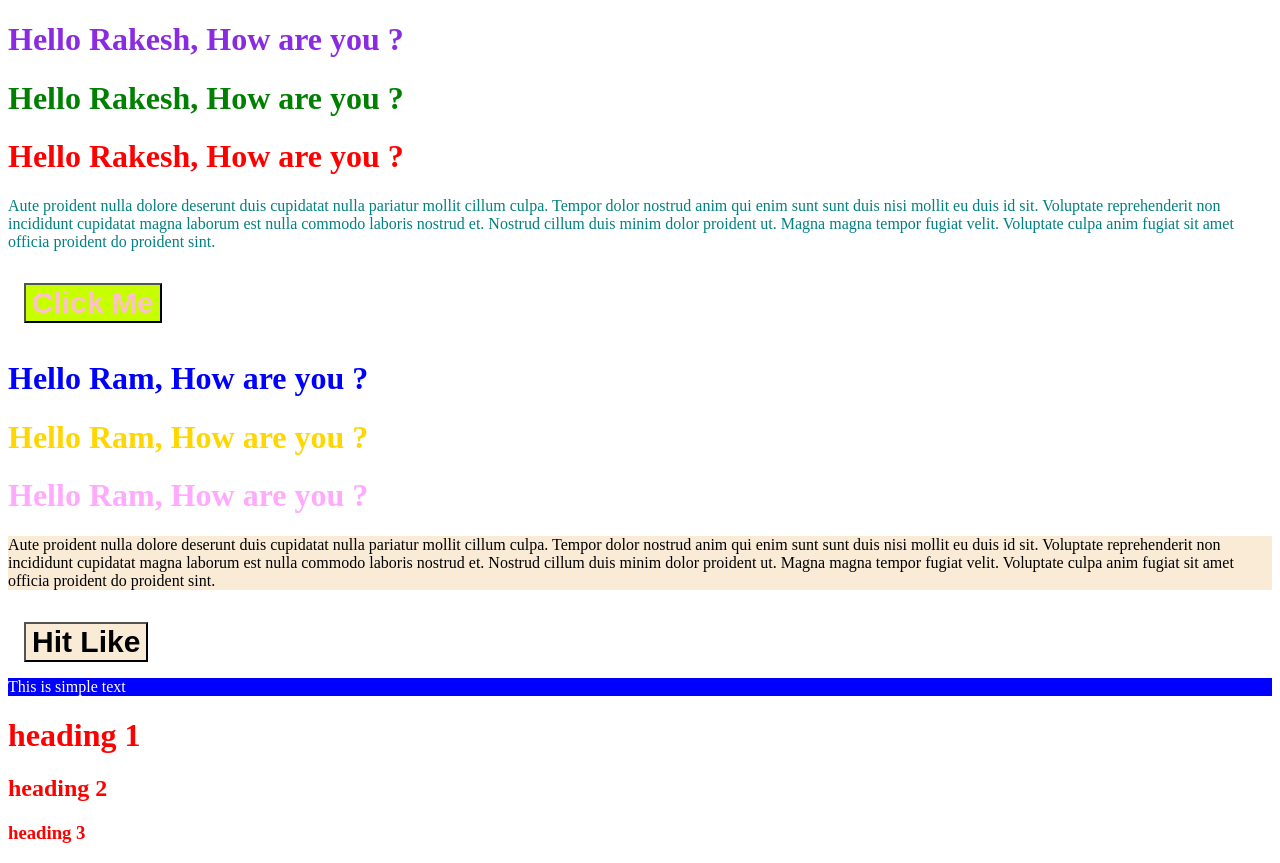
Repository: rakeshkolpepatil/CSS_Apana_College
Page: index.html
The author's editor kept a copy of each file at every save. The page is drawn from the files as they stood at one save, then again after the next save.
The browser window is 1280 px wide. The pictures show the whole page.

Above is the page before, as saved 2023-06-21 21:33:20.

After the next save:
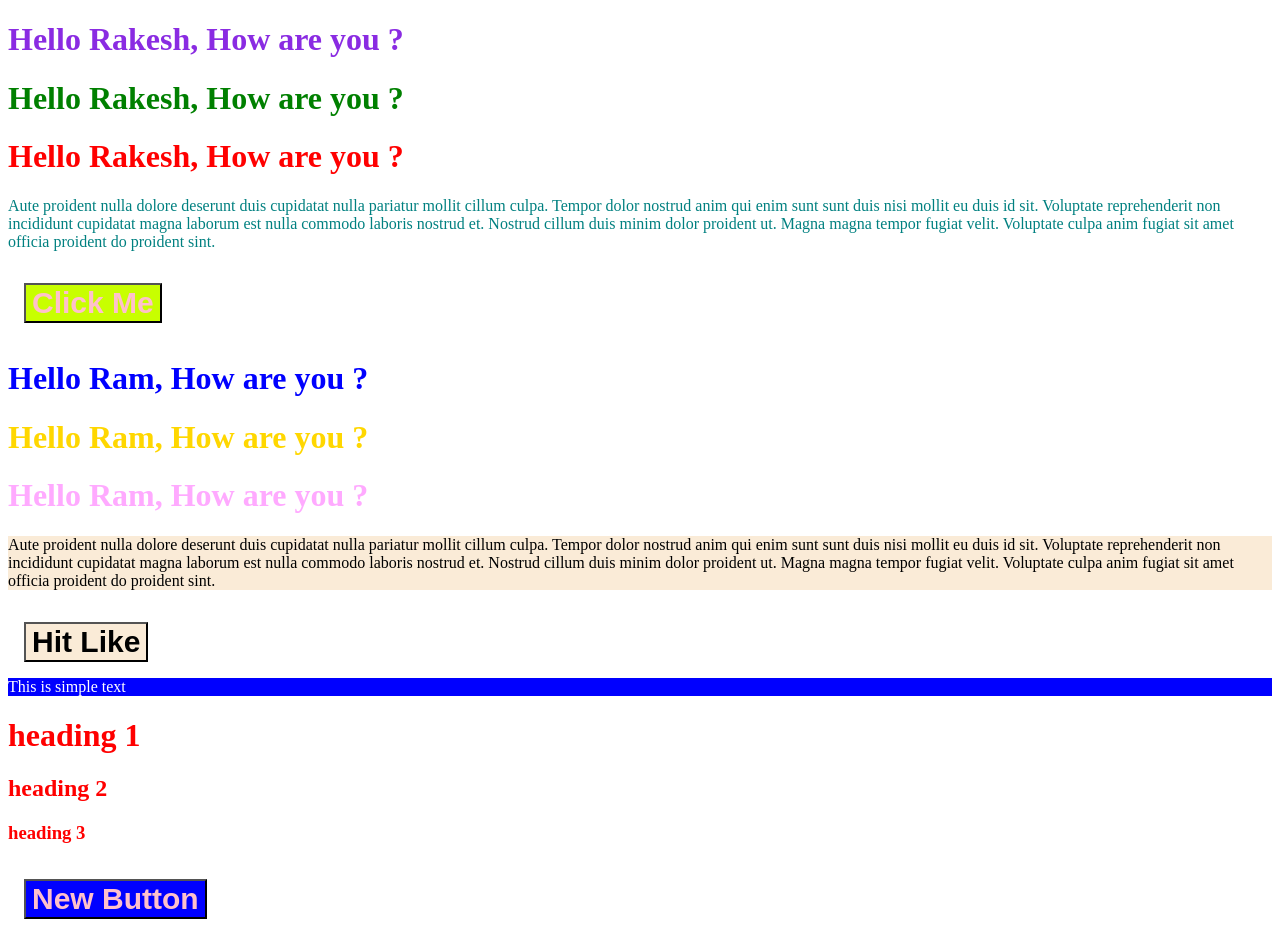
Saved 61 s later.
--- a/index.html
+++ b/index.html
@@ -36,5 +36,6 @@
   <h2 class="heaing">heading 2</h2>
   <h3 class="heading">heading 3</h3>
 
+  <button style="background-color: blue;"> New Button </button>
 </body>
 </html>
